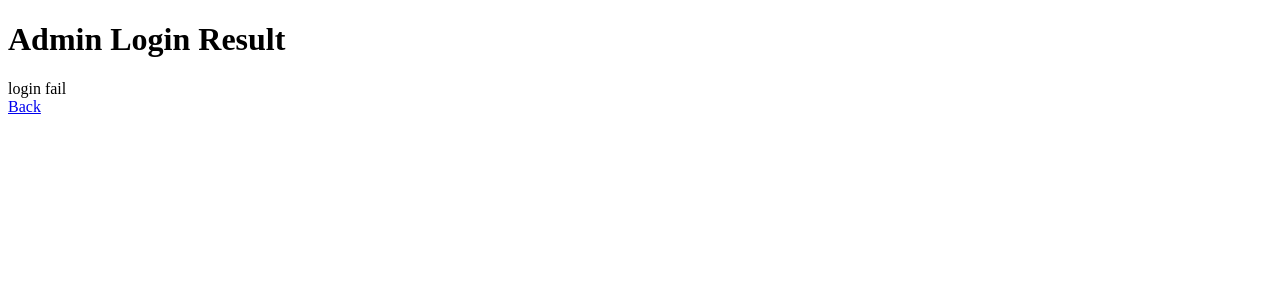
Repository: happykwon94/DataBase_JSP
Page: http://localhost/TestJSP/admin_login_result.jsp
The author's editor kept a copy of each file at every save. The page is drawn from the files as they stood at one save, then again after the next save.
The browser window is 1280 px wide. The pictures show the whole page.
The page is served by Tomcat 9. Queries for data that is not in the repository find no rows.

Above is the page before, as saved 2019-08-12 02:07:11.

### TestJSP/WebContent/admin_login_result.jsp
<%@ page language="java" contentType="text/html; charset=EUC-KR"
    pageEncoding="EUC-KR"%>
<%@page import="java.sql.*" %>

<% request.setCharacterEncoding("euc-kr");%>

<%
	String id = request.getParameter("id");
	String pwd = request.getParameter("password");

	Connection conn = null;
	PreparedStatement pstmt = null;

	try{
		String jdbcUrl = "jdbc:mysql://localhost:3306/movie";
		String dbId = "root";
		String dbPass = "Komsco2019!";

		Class.forName("com.mysql.jdbc.Driver");
		conn = DriverManager.getConnection(jdbcUrl, dbId, dbPass);

		String sql = "select * from admin where id = ?";
		pstmt = conn.prepareStatement(sql);
		pstmt.setString(1, id);
		ResultSet rs = pstmt.executeQuery();

		if(rs.next() && pwd.equals(rs.getString("password")))
		{
			response.sendRedirect("admin_page.jsp");
		}

	}catch(Exception e){
		e.printStackTrace();
	}
%>
<!DOCTYPE html>
<html>
<head>
<meta charset="EUC-KR">
<title>Admin Login Result</title>
</head>

<body>
	<h1>Admin Login Result</h1>
	login fail<br>
	<a href="admin_login.jsp">Back</a>
</body>
</html>

After the next save:
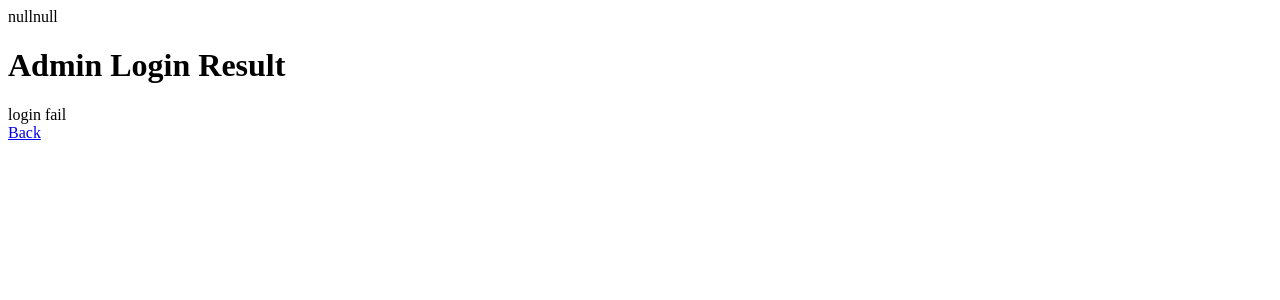
Saved 3 min 33 s later.
--- a/TestJSP/WebContent/admin_login_result.jsp
+++ b/TestJSP/WebContent/admin_login_result.jsp
@@ -24,6 +24,9 @@
 		pstmt.setString(1, id);
 		ResultSet rs = pstmt.executeQuery();
 
+		out.print(id);
+		out.print(pwd);
+
 		if(rs.next() && pwd.equals(rs.getString("password")))
 		{
 			response.sendRedirect("admin_page.jsp");
